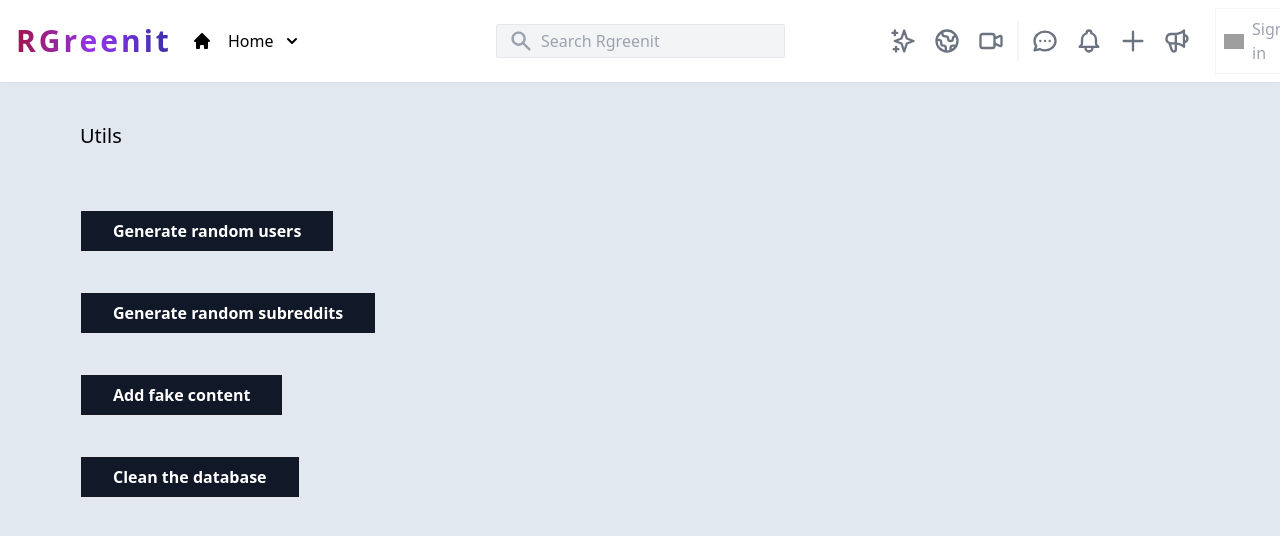
Repository: ITDevSolution/RGreen-it
Page: /utils
The author's editor kept a copy of each file at every save. The page is drawn from the files as they stood at one save, then again after the next save.
The browser window is 1280 px wide. The pictures show the whole page.
Pictures or frames that could not be fetched are drawn as grey boxes. The page's requests for data from a server got no answer. The project was rebuilt for these pictures with package versions that can differ from the ones it lists, and the page was loaded fresh each time. The framework's server and built-in components were replaced by stand-ins that run in the browser. No one was signed in, and anything a server would have sent is missing. Also part of the build but not shown: next.config.js.

Above is the page before, as saved 2022-07-08 12:38:45.

After the next save:
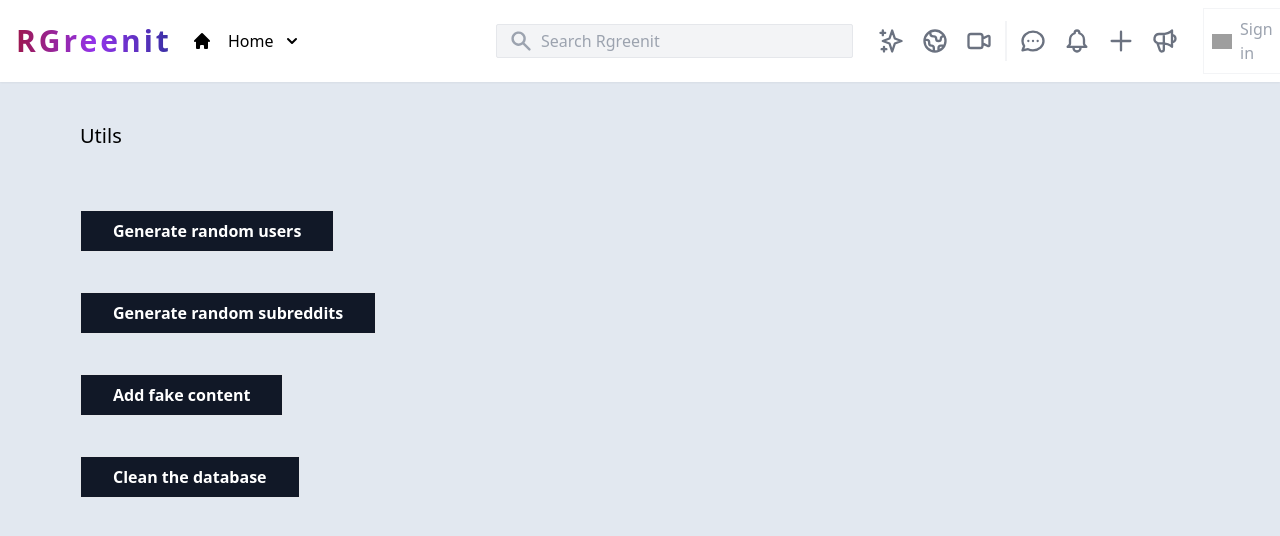
Saved 8 s later.
--- a/components/Header.js
+++ b/components/Header.js
@@ -46,7 +46,7 @@ function Header() {
       </div>
 
       {/* Search box */}
-      <form className="hidden md:flex md:flex-1 items-center mr-20 space-x-2 rounded-sm border border-gray-200 bg-gray-100 px-3 py-1 ">
+      <form className="hidden md:flex md:flex-1 items-center pr-20 space-x-2 rounded-sm border border-gray-200 bg-gray-100 px-3 py-1 ">
         <SearchIcon className="h-6 w-6 text-gray-400" />
         <input
           type="text"
